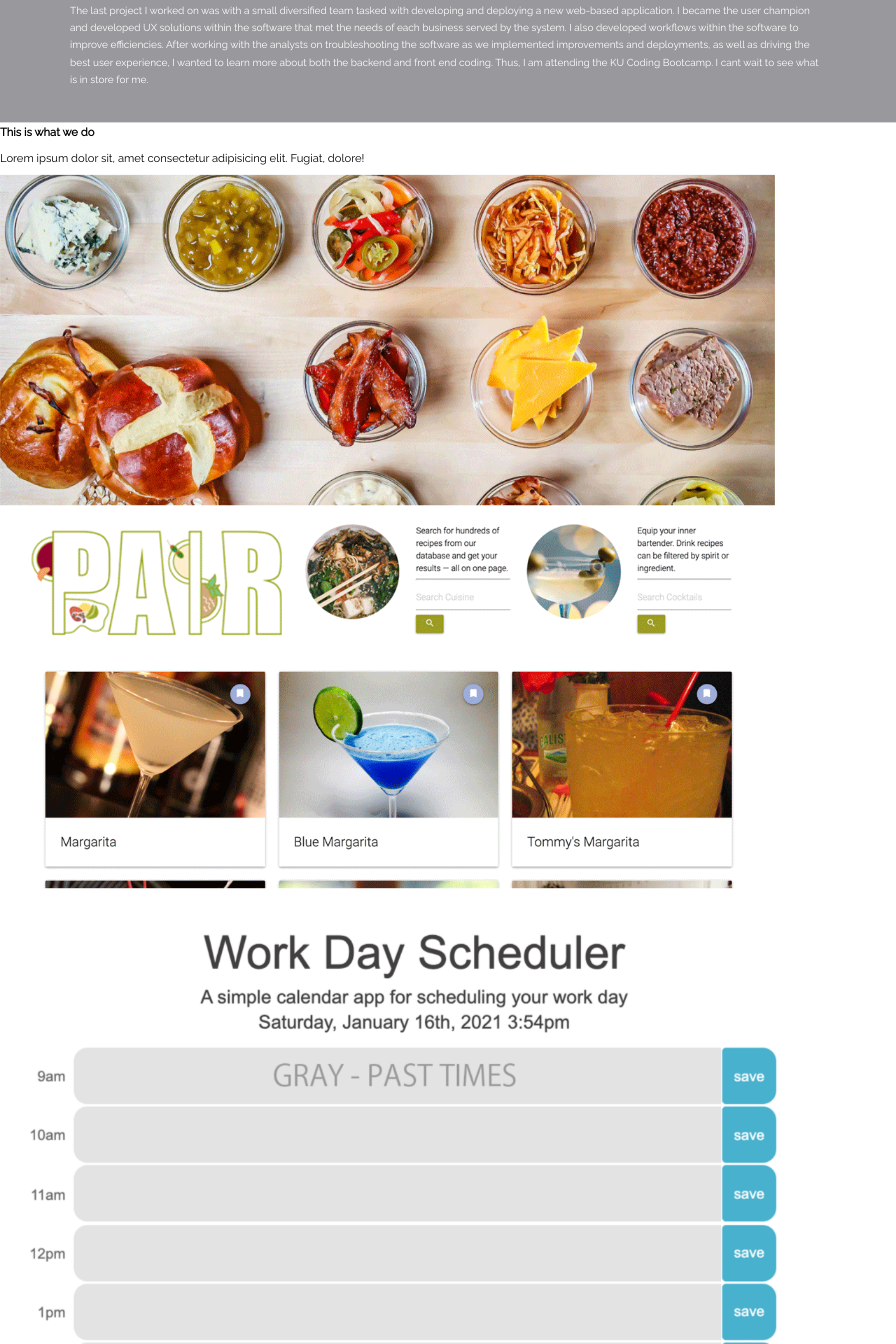
Repository: brandyquinlan/brandyquinlan
Page: index.html
These files come from the project's save history. The page is drawn as it stood at one moment and after the next save; the edit follows.
The browser window is 1280 px wide. The pictures show the part of the page from y = 977 to 2897 px (the page is 3384 px tall before and 1659 px after), at 70% of full size.
Some web libraries are served in a nearby version.

Above is the page before, as saved 2021-02-05 11:34:36.

### index.html
<!DOCTYPE html>
<html lang="en">

<head>
    <meta charset="UTF-8">
    <meta name="viewport" content="width=device-width, initial-scale=1.0">
    <link href="https://fonts.googleapis.com/css2?family=Roboto" rel="stylesheet">
    <link href="https://fonts.googleapis.com/css2?family=Raleway" rel="stylesheet">

    <link rel="stylesheet" href="https://cdnjs.cloudflare.com/ajax/libs/font-awesome/5.13.0/css/all.min.css" integrity="sha256-h20CPZ0QyXlBuAw7A+KluUYx/3pK+c7lYEpqLTlxjYQ=" crossorigin="anonymous" />
    <link rel="stylesheet" href="css/style.css">
    <title>Quinlan Portfolio</title>
</head>

<body id="home">
    <header class="hero">
        <div id="navbar" class="navbar">
            <h1 class="name">Brandy Quinlan</h1>
            <nav>
                <ul>
                    <li><a href="#home">Home</a></li>
                    <li><a href="#about">About</a></li>
                    <li><a href="#knowledge">Knowledge</a></li>
                    <li><a href="portfolio.html">Portfolio</a></li>
                    <li><a href="contact.html">Contact</a></li>
                </ul>
            </nav>
        </div>
        <section class="container">
            <img src="img/ian-schneider-TamMbr4okv4-unsplash.png" alt="" class="no-repeat  center center/cover">
        </section>
        <!-- <div id="content">
            <h1>My Slogan</h1>
            <p>Lorem ipsum dolor sit amet, consectetur adipisicing elit. Delectus, molestiae.</p>
        </div> -->
    </header>

    <!-- About -->
    <section id="aboutMe">
        <h1>About Me</h1>
        <div id="aboutRow1">

            <img class="float-left img-fluid mr-4 w-25" src="img/Me_copy.png" alt="Brandy Quinlan">
        </div>
        <p>
            I have always been a problem-solver and one of those whom just loves technology.
        </p>
        <p>
            I was also the system administrator on Hallmark’s Digital Asset Management system, which contains 14+ million assets and has 6,000 employee users. As the subject matter expert on the system, I served as the first line of defense for users/clients needing
            assistance.
        </p>
        <p> I continuously strive to know the system’s processes and functionality to its fullest and am always yearning to learn more. I am always looking for ways to improve processes, develop and implement efficiencies.
        </p>
        <p>
            The last project I worked on was with a small diversified team tasked with developing and deploying a new web-based application. I became the user champion and developed UX solutions within the software that met the needs of each business served by the
            system. I also developed workflows within the software to improve efficiencies. After working with the analysts on troubleshooting the software as we implemented improvements and deployments, as well as driving the best user experience, I
            wanted to learn more about both the backend and front end coding. Thus, I am attending the KU Coding Bootcamp. I cant wait to see what is in store for me.
        </p>

    </section>
    <!-- Portfolio Gallery -->
    <section class="projects flex-grid section-padding">
        <header class="section-header">
            <h4>This is what we do</h4>
            <p>
                Lorem ipsum dolor sit, amet consectetur adipisicing elit. Fugiat, dolore!
            </p>
        </header>
        <div class="row">
            <div class="projectsGallery">
                <a href="https://brandyquinlan.github.io/PAIR/" data-lightbox="projects" data-title="Lorem ipsum dolor sit">
                    <img src="/img/PAIR.png" alt="" />
                </a>
                <a href="https://brandyquinlan.github.io/HW05_Day_Planner/" data-lightbox="projects" data-title="Lorem ipsum dolor sit">
                    <img src="img/day_planner.png" alt="" />
                </a>
                <a href="" data-lightbox="projects" data-title="Lorem ipsum dolor sit">
                    <img src="" alt="" />
                </a>
                <a href="" data-lightbox="projects" data-title="Lorem ipsum dolor sit">
                    <img src="" alt="" />
                </a>
            </div>
    </section>
    <footer>
        <div>
            <p>Brandy Quinlan 2021</p>
        </div>
    </footer>

</body>

</html>

### css/style.css
* {
    box-sizing: border-box;
    margin: 0;
    padding: 0;
}


/* Base Styles */

body {
    font-family: 'Raleway', sans-serif;
    background: #fff;
    /* color: #333; */
    line-height: 1.7;
}

h1,
h2 {
    font-weight: 250;
    font-size: 1.5rem;
    line-height: 1.2;
}

ul {
    list-style: none;
}

p {
    margin: 10px 0;
}

a {
    text-decoration: none;
    color: #333;
}

img {
    max-width: 100%;
}


/* .text-primary {
    color: #28a745;
}

.text-secondary {
    color: #0284d0;
} */


/* Header */

header h1 {
    /* color: #e97a5b; */
    color: #bf8273;
    padding-left: 10px;
}


/* Navbar */

#navbar {
    display: flex;
    align-items: center;
    justify-content: space-between;
    width: 100%;
    height: 70px;
    position: fixed;
    top: 0px;
    background: #333339;
    color: #fff;
    opacity: .8;
    padding: 0 20px;
}

#navbar a {
    color: #fff;
    padding: 10px 10px;
    font-size: .8rem;
}

#navbar a:hover {
    color: #a35a4e;
}

#navbar ul {
    display: flex;
}


/* About */

#aboutMe {
    padding: 40px 100px;
    background: #99999d;
    color: #fff;
    font-size: .9rem;
}

#aboutMe h1 {
    color: #fff;
    padding-bottom: 20px;
}

#aboutRow1 {
    float: left;
    /* padding: 20px; */
    justify-content: space-between;
    margin: 0 20px;
    shape-outside: circle();
}

#aboutMe img {
    border-radius: 50%;
    margin-right: 50px;
    width: 150px;
    height: 150px;
}


/* Projects */


/*
#projectsGallery {
    display: inline-block;
} */


/* .projects img {
    border: #ccc 1px solid;
    width: 30vw;

}

.projectsGallery {
    display: flex;
    justify-content: space-around;
    align-items: center;

}

.projectsGallery p {
    background: #a35a4e;
}

.projectsGallery:hover {
    opacity: .8;
} */


/* Footer */

footer {
    background: #333339;
    opacity: .9;
    height: 60px;
}

footer p {
    display: flex;
    align-items: center;
    justify-content: center;
    color: #fff;
    padding-top: 15px;
}

After the next save:
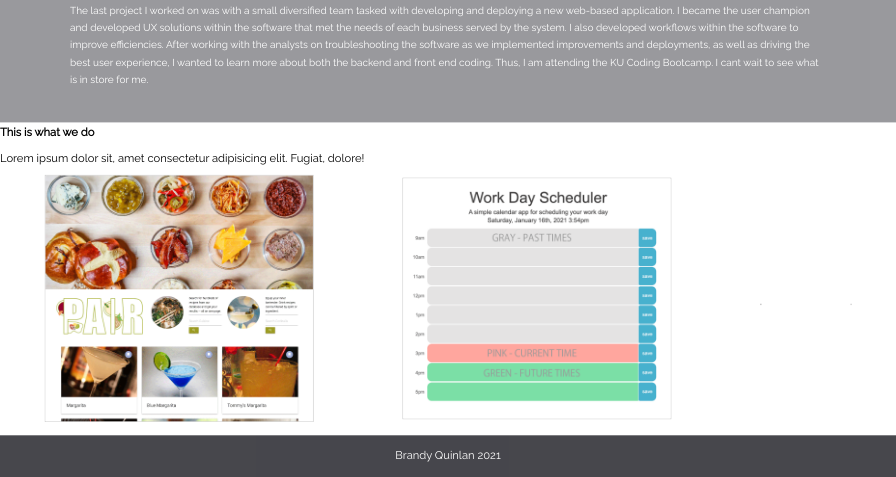
Saved 23 s later.
--- a/css/style.css
+++ b/css/style.css
@@ -120,24 +120,19 @@ header h1 {
 
 /* Projects */
 
-
-/*
 #projectsGallery {
     display: inline-block;
-} */
+}
 
-
-/* .projects img {
+.projects img {
     border: #ccc 1px solid;
     width: 30vw;
-
 }
 
 .projectsGallery {
     display: flex;
     justify-content: space-around;
     align-items: center;
-
 }
 
 .projectsGallery p {
@@ -146,7 +141,7 @@ header h1 {
 
 .projectsGallery:hover {
     opacity: .8;
-} */
+}
 
 
 /* Footer */
